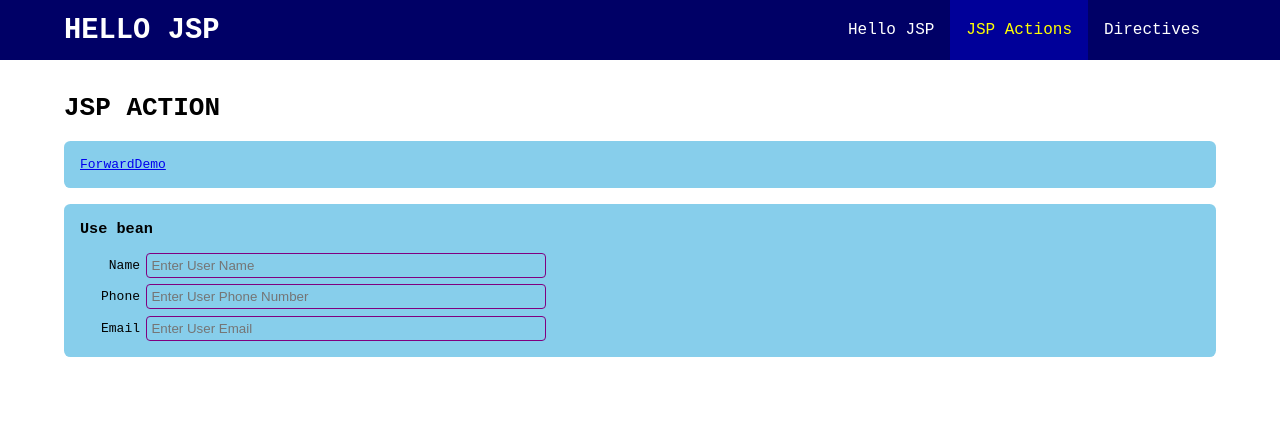
Repository: aungmyattthu/javaWeb
Page: http://localhost/HelloJsp/actions.jsp
An editor plug-in stored every save of this project. The page is shown before and after the next save, followed by the edit.
The browser window is 1280 px wide. The pictures show the whole page.
The page is served by Tomcat 9.

Above is the page before, as saved 2023-04-22 11:05:53.

After the next save:
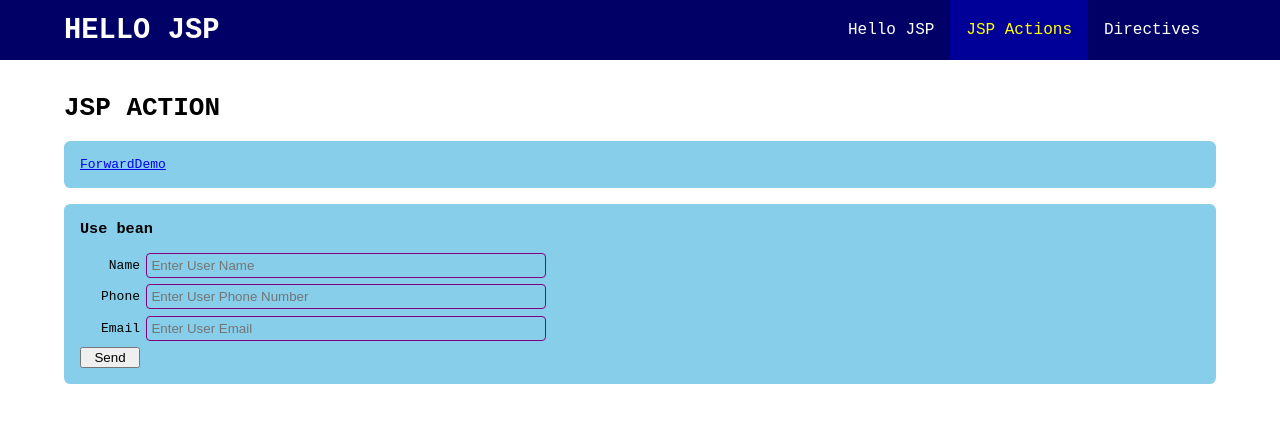
Saved 52 s later.
--- a/HelloJsp/src/main/webapp/actions.jsp
+++ b/HelloJsp/src/main/webapp/actions.jsp
@@ -36,6 +36,7 @@
 				<label for="">Email</label>
 				 <input type="email" name="email" placeholder="Enter User Email" />
 
+				<button type="submit">Send</button>
 			</form>
 		</section>
 
